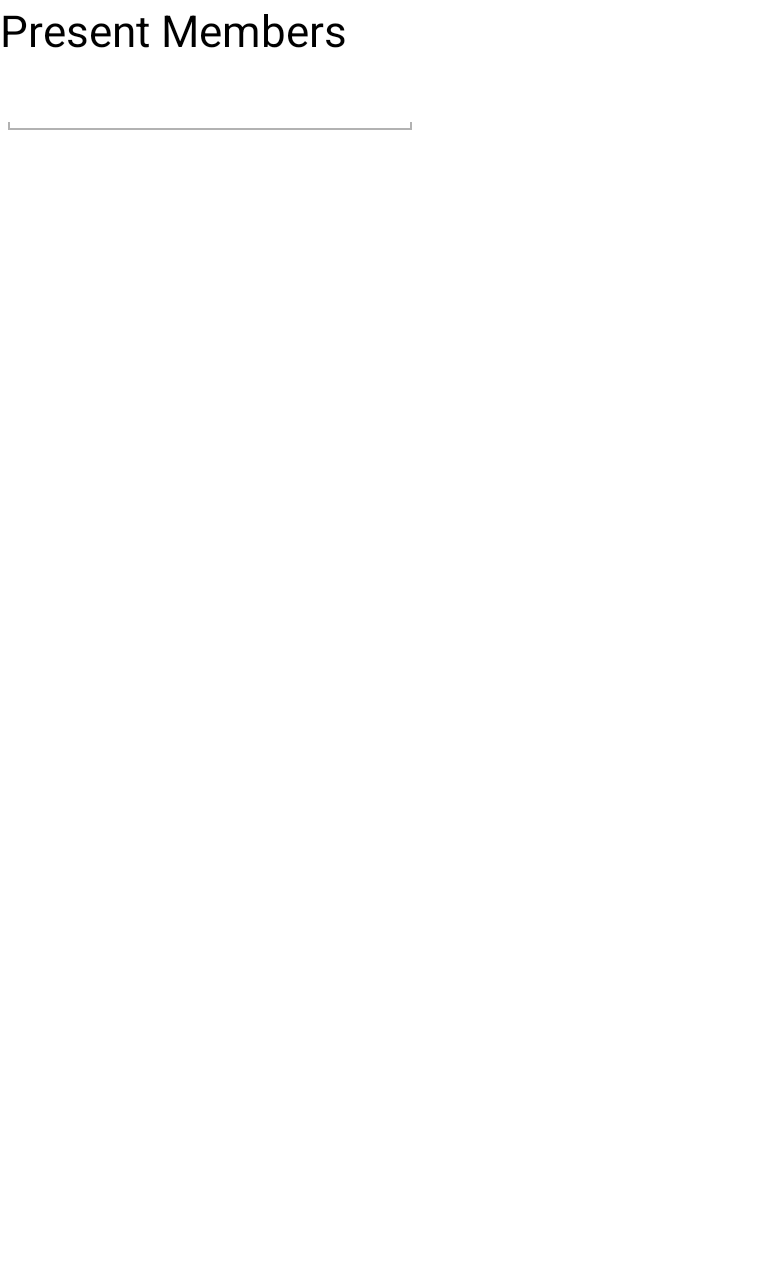
Repository: MarcoRieger/sw14_free_04_new
Layout: RWDMember/res/layout/fragment_statistic.xml
These files come from the project's save history. The layout is drawn as it stood at one moment and after the next save; the edit follows.
It is drawn on a 768 x 1280 px phone screen (xhdpi) without system bars, with theme AppTheme; the app's code is not run.

Above is the layout before, as saved 2014-06-17 13:00:21.

### RWDMember/res/layout/fragment_statistic.xml
<?xml version="1.0" encoding="utf-8"?>
<LinearLayout xmlns:android="http://schemas.android.com/apk/res/android"
    android:layout_width="match_parent"
    android:layout_height="match_parent"
    android:orientation="vertical" >

    <TextView
        android:id="@+id/textView1"
        android:layout_width="wrap_content"
        android:layout_height="wrap_content"
        android:text="Present Members"
        android:textAppearance="?android:attr/textAppearanceLarge" />
   <EditText
        android:id="@+id/presentMembers"
        android:layout_width="wrap_content"
        android:layout_height="wrap_content"
        android:layout_above="@+id/buttonScan"
        android:layout_centerHorizontal="true"
        android:layout_marginBottom="17dp"
        android:ems="10"
        android:clickable="false"
        android:cursorVisible="false"
        android:focusable="false"
        android:focusableInTouchMode="false"
        android:inputType="number" />



</LinearLayout>

Loaded but not shown: RWDMember/res/values/styles.xml (common file); RWDMember/res/values-v11/styles.xml (common file); RWDMember/res/values-v14/styles.xml (common file)

After the next save:
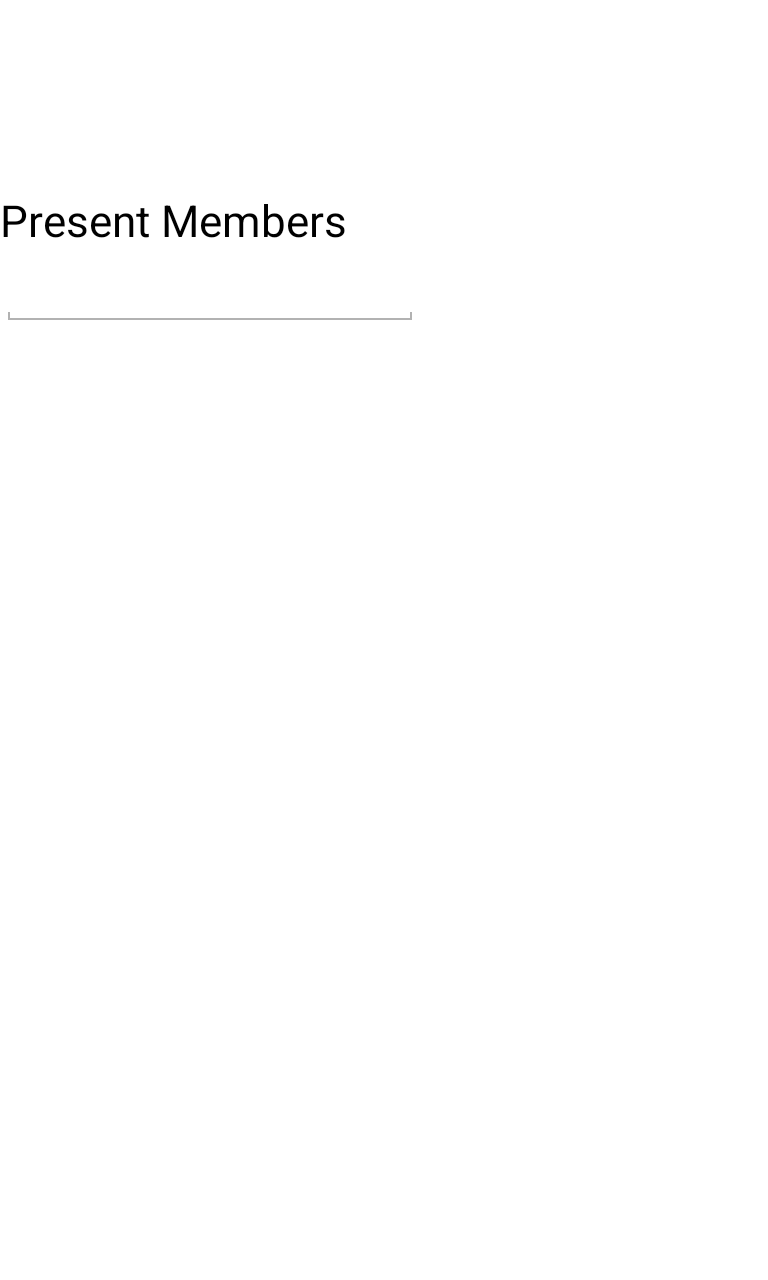
Saved 3 min 59 s later.
--- a/RWDMember/res/layout/fragment_statistic.xml
+++ b/RWDMember/res/layout/fragment_statistic.xml
@@ -8,22 +8,26 @@
         android:id="@+id/textView1"
         android:layout_width="wrap_content"
         android:layout_height="wrap_content"
+        android:layout_marginTop="95dp"
+        android:layout_alignParentBottom="true"
+        android:layout_centerHorizontal="true"
         android:text="Present Members"
         android:textAppearance="?android:attr/textAppearanceLarge" />
-   <EditText
+
+    <EditText
         android:id="@+id/presentMembers"
         android:layout_width="wrap_content"
         android:layout_height="wrap_content"
-        android:layout_above="@+id/buttonScan"
-        android:layout_centerHorizontal="true"
         android:layout_marginBottom="17dp"
-        android:ems="10"
         android:clickable="false"
         android:cursorVisible="false"
+
+        android:ems="10"
         android:focusable="false"
         android:focusableInTouchMode="false"
-        android:inputType="number" />
+        android:inputType="number" >
 
-
+        <requestFocus />
+    </EditText>
 
 </LinearLayout>
